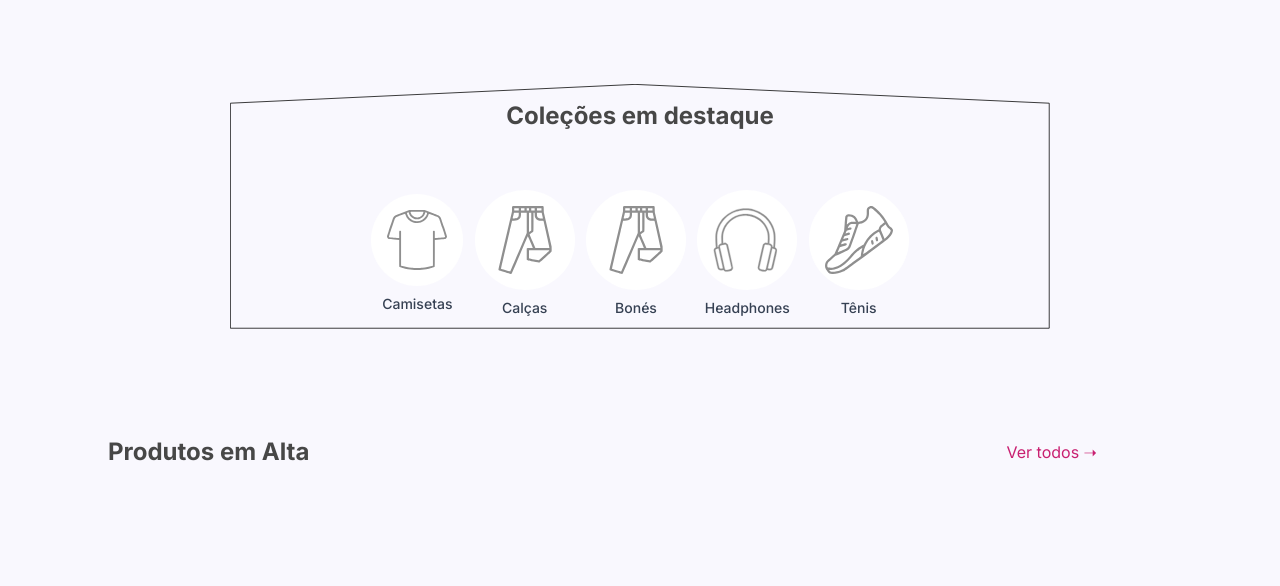
Repository: gimoli/loja-digital
Page: index.html
An editor plug-in stored every save of this project. The page is shown before and after the next save, followed by the edit.
The browser window is 1280 px wide. The pictures show the part of the page from y = 1294 to 1880 px (the page is 1880 px tall before and 1876 px after).

Above is the page before, as saved 2025-04-25 13:37:03.

### index.html
<!DOCTYPE html>
<html lang="pt-br">
<head>
    <meta charset="UTF-8">
    <meta name="viewport" content="width=device-width, initial-scale=1.0">
    <title>Digital Store</title>
    <link href="./style.css" rel="stylesheet">
    <script src="https://cdn.jsdelivr.net/npm/@tailwindcss/browser@4"></script>
    <link rel="shortcut icon" href="/assets/Logo-Digital.svg" type="image/x-icon">
</head>
<body>
<header class="flex flex-col gap-12 px-[108px] py-[38px]">
    <div class="flex items-center justify-between">
        <div class="flex gap-1">
            <img src="/assets/Logo-Digital.svg" alt="Logo da Digital Store">
            <h1 class="text-4xl text-(--primary-color) font-semibold">Digital Store</h1>
        </div>
        <input type="text" placeholder="Pesquisar produto..." class="bg-(--light-gray-3) py-2 px-3 rounded-lg ml-40 mr-14
         bg-[url(/assets/search.svg)] bg-no-repeat bg-right focus:placeholder-transparent w-[560px] focus:outline-none"/>
        <div>
            <a href="#" class="bg-(--primary-color) text-white rounded-lg px-7 py-3 font-bold text-sm">
                Entrar
            </a>
        </div>
        <div class="relative">
            <img src="/assets/Carrinho-preto.svg" alt="Imagem de um carrinho de compras">
            <div class="flex justify-center items-center absolute bg-(--tertiary-color) text-white font-bold text-xs rounded-full w-[18px] h-[18px] bottom-[15px] left-3">
                2
            </div>
        </div>
    </div>
    </div>
    <nav class="pl-32">
        <ul class="flex gap-6 text-(--dark-gray-2)">
            <li class="hover:text-(--primary-color) hover:font-bold">
                <a href="#">
                Home
            </a>
        </li>
            <li class="hover:text-(--primary-color) hover:font-bold">
                <a href="#">
                Produtos
            </a>
        </li>
            <li class="hover:text-(--primary-color) hover:font-bold">
                <a href="#">
                Categorias
            </a>
        </li>
            <li class="hover:text-(--primary-color) hover:font-bold">
                <a href="#">
                Meus Pedidos
            </a>
        </li>
        </ul>
    </nav>
</header>
<main>
    <section class="flex px-[108px] bg-(--light-gray-3) py-[78px] h-[680px] relative">
        <div class="flex flex-col gap-5 w-[466px]">
            <p class="text-(--warnig-color) font-bold">
                Melhores ofertas personalizadas
            </p>
            <h2 class="font-extrabold text-6xl">
                Queima de estoque Nike 🔥
            </h2>
            <p class="text-(--dark-gray-2) text-lg">
                Consequat culpa exercitation mollit nisi excepteur do do tempor laboris eiusmod irure consectetur.
            </p>
            <a href="#" class="flex items-center justify-center bg-(--primary-color) text-(--light-gray-3) font-bold w-[210px] h-[48px] rounded-lg">
                Ver Ofertas
            </a>
        </div>
        <img src="/assets/White-Sneakers-PNG-Clipart 1.svg" alt="Foto de um tenis branco" class="absolute right-28 bottom-8"/>
        <img src="/assets/ornament.svg" alt="Firula do site - by wendell" class="absolute top-12 right-8">
    </section>
    <section class="flex flex-col gap-15 px-[108px] py-[42px] bg-(--sec-color)">
        <div class="flex flex-col gap-10">
            <h4 class="text-(--dark-gray-2) font-bold text-2xl">
                Coleções em destaque
            </h4>
            <ul class="grid grid-cols-3 gap-3.5 h-68">
                <li  class="flex bg-[#D8E3F2] pl-8 pt-8 rounded-md relative bg-[url(/assets/star-wars-shirt-pic.svg)] bg-no-repeat bg-bottom-right">
                    <div class="w-1/2 z-10">
                    <p class="bg-[#E7FF86] rounded-4xl font-bold text-(--dark-gray-2) w-[96px] text-center py-1.5 text-sm">
                        30% OFF
                    </p>
                    <h5 class="font-bold text-(--dark-gray) text-4xl mt-2.5 mb-8">
                        Novo drop Supreme
                    </h5>
                    <a href="#" class="text-(--primary-color) bg-white rounded-xl font-bold px-12 py-4.5">
                        Comprar
                    </a>
                </div>
                </li>
                <li  class="flex bg-[#D8E3F2] pl-8 pt-8 rounded-md relative bg-[url(/assets/sneaks-pic.svg)] bg-no-repeat bg-bottom-right">
                    <div class="w-1/2 z-10">
                    <p class="bg-[#E7FF86] rounded-4xl font-bold text-(--dark-gray-2) w-[96px] text-center py-1.5 text-sm">
                        30% OFF
                    </p>
                    <h5 class="font-bold text-(--dark-gray) text-4xl mt-2.5 mb-8">
                        Coleção Adidas
                    </h5>
                    <a href="#" class="text-(--primary-color) bg-white rounded-xl font-bold px-12 py-4.5">
                        Comprar
                    </a>
                </div>
                </li>
                <li  class="flex bg-[#D8E3F2] pl-8 pt-8 rounded-md relative bg-[url(/assets/headphone-pic.svg)] bg-no-repeat bg-bottom-right">
                    <div class="w-1/2 z-10">
                    <p class="bg-[#E7FF86] rounded-4xl font-bold text-(--dark-gray-2) w-[96px] text-center py-1.5 text-sm">
                        30% OFF
                    </p>
                    <h5 class="font-bold text-(--dark-gray) text-4xl mt-2.5 mb-8">
                        Novo<br> Beats Bass
                    </h5>
                    <a href="#" class="text-(--primary-color) bg-white rounded-xl font-bold px-12 py-4.5">
                        Comprar
                    </a>
                </div>
                </li>
            </ul>
        </div>

    </section>

    <section class="flex flex-col gap-15 px-[230px] py-[42px] bg-(--sec-color)">
        <div class="relative flex flex-col gap-10">
            <h4 class="text-(--dark-gray-2) font-bold text-2xl text-center py-4">
                Coleções em destaque
            </h4>
            <img src="/assets/borda.svg" alt="foto da borda" class="absolute"/>
        </div>
        </section>

        <section class="flex justify-evenly items-center px-90 bg-(--sec-color)">
            <div class="flex flex-col items-center">
        <div class="bg-(--white) rounded-full p-4 w-fit">
            <img src="assets/T-shirt.svg" alt="Foto da blus" class=" w-[60px] h-[60px]">
        </div>
        <span class="mt-2 text-sm font-medium text-gray-700">Camisetas</span>
</div>
            <div class="flex flex-col items-center">
                <div class="bg-(--white) rounded-full p-4 w-fit">
                    <img src="assets/Pants.svg" alt="Foto da calça"  class=" w-17 h-17">
            </div>
                <span class="mt-2 text-sm font-medium text-gray-700">Calças</span>
            </div>

            <div class="flex flex-col items-center">
            <div class="bg-(--white) rounded-full p-4 w-fit">
              <img src="assets/Pants.svg" alt="era para ser o bone"  class=" w-17 h-17">
            </div>
            <span class="mt-2 text-sm font-medium text-gray-700">Bonés</span>
            </div>

            <div class="flex flex-col items-center">
            <div class="bg-(--white) rounded-full p-4 w-fit">
              <img src="assets/Headphones-colecoes-em-destaque.svg" alt="Foto do fone de ouvido"  class=" w-17 h-17">
            </div>
            <span class="mt-2 text-sm font-medium text-gray-700">Headphones</span>
            </div>

            <div class="flex flex-col items-center">
            <div class="bg-(--white) rounded-full p-4 w-fit">
              <img src="assets/Tenis.svg" alt="Foto do Tênis"  class=" w-17 h-17">
            </div>
            <span class="mt-2 text-sm font-medium text-gray-700">Tênis</span>
            </div>

    </section>
    <section class="flex flex-col gap-15 px-[108px] py-[42px] bg-(--sec-color)">
        <div class="flex flex-col gap-10">
            <div class="flex justify-between items-center">
                <h4 class="text-(--dark-gray-2) font-bold text-2xl py-19">
                    Produtos em Alta
                </h4>
                <a href="#" class="text-(--primary-color) mr-[75px]">
                    Ver todos ➝
                </a>
            </div>
        </div>
    </section>
</main>
</body>
</html>

### style.css
@import url('https://fonts.googleapis.com/css2?family=Inter:ital,opsz,wght@0,14..32,100..900;1,14..32,100..900&display=swap');

:root {
    --dark-gray: #1F1F1F;
    --dark-gray-2: #474747;
    --dark-gray-3: #666666;
    --light-gray: #8F8F8F;
    --light-gray-2: #CCCCCC;
    --light-gray-3: #F5F5F5;
    --white: #FFFFFF;
    --sec-color: #F9F8FE;
    --primary-color: #C92071;
    --secondary-color: #B5B6F2;
    --tertiary-color: #991956;
    --error-color: #EE4266;
    --success-color: #52CA76;
    --warnig-color: #F6AA1C;
    --primary-gradient: 180deg, #C92071, #EDABCA;
    --secondary-gradient: 180deg, #B5B6F2, #EFEFFF;
}

* {
    font-family: "Inter", sans-serif;
    box-sizing: border-box;
}

After the next save:
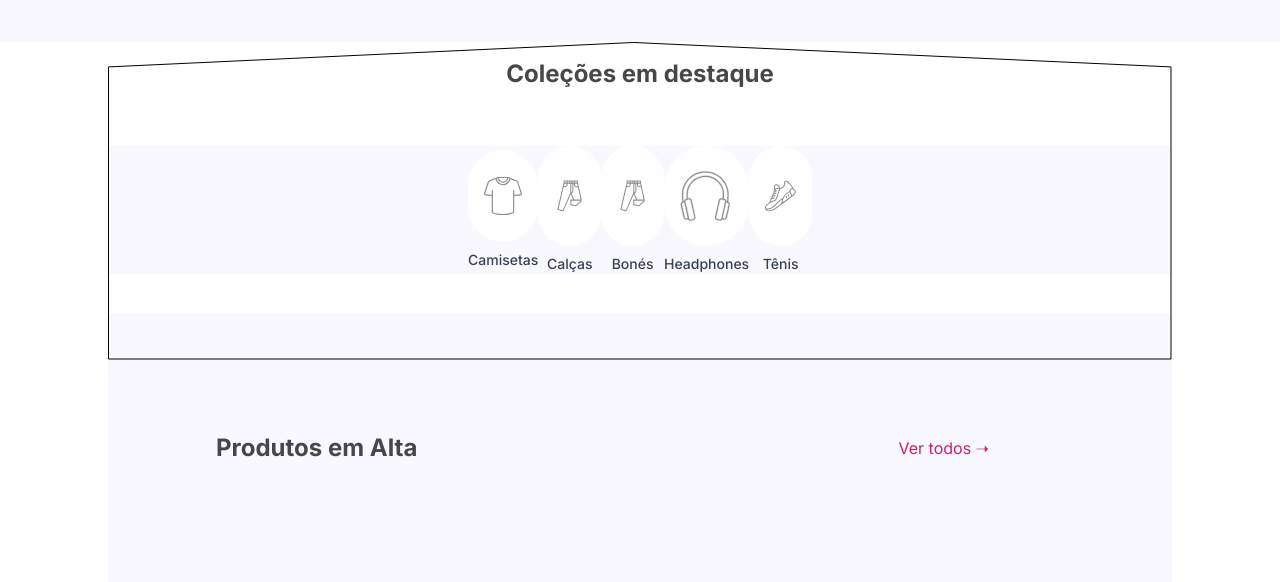
Saved 40 s later.
--- a/index.html
+++ b/index.html
@@ -124,7 +124,7 @@
 
     </section>
 
-    <section class="flex flex-col gap-15 px-[230px] py-[42px] bg-(--sec-color)">
+    <div class="relative flex flex-col gap-10 px-[108px]">
         <div class="relative flex flex-col gap-10">
             <h4 class="text-(--dark-gray-2) font-bold text-2xl text-center py-4">
                 Coleções em destaque

After the 2 saves that followed:
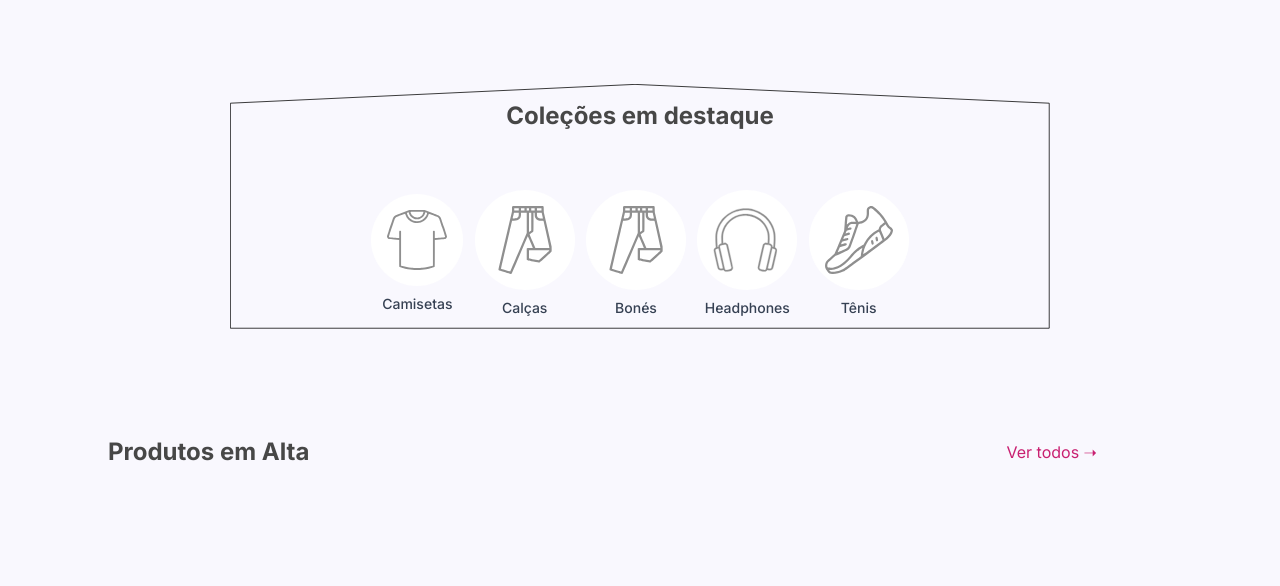
The 2 saves are shown as one change because they came seconds apart.
The last was saved 14 s later.
--- a/index.html
+++ b/index.html
@@ -124,7 +124,7 @@
 
     </section>
 
-    <div class="relative flex flex-col gap-10 px-[108px]">
+    <section class="flex flex-col gap-15 px-[230px] py-[42px] bg-(--sec-color)">
         <div class="relative flex flex-col gap-10">
             <h4 class="text-(--dark-gray-2) font-bold text-2xl text-center py-4">
                 Coleções em destaque
